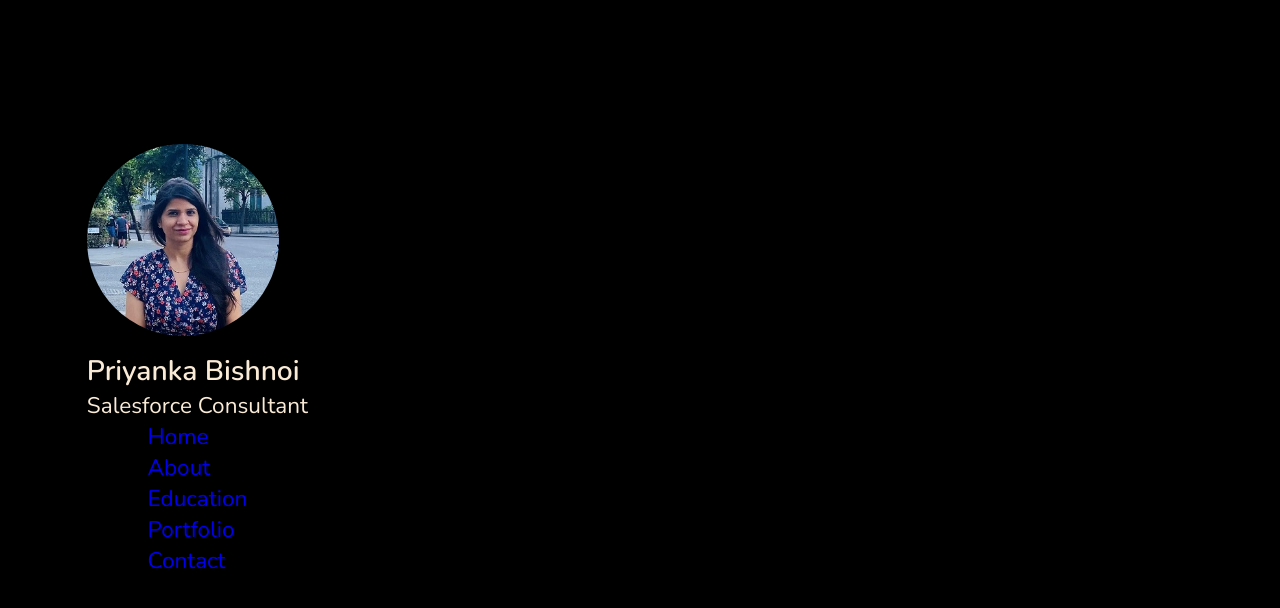
Repository: priyanka-bishnoi/PortfolioPage
Page: MyPage.html
An editor plug-in stored every save of this project. The page is shown before and after the next save, followed by the edit.
The browser window is 1280 px wide. The pictures show the whole page.

Above is the page before, as saved 2022-10-08 15:49:46.

### MyPage.html
<!DOCTYPE html>
<html>
<head>
    <link rel="stylesheet" href="css/style.css">
<style>
body {
  background-color: black;
}
</style>
</head>
<body>
<header>
    <div class= "user">
        <img src="Background1.jpg"/>
        <h1 class="name" >Priyanka Bishnoi</h1>
        <p class="post" >Salesforce Consultant</p>
    </div>

    <nav class="navBar">
        <ul>
            <li> <a href="#home">Home</a></li>
            <li> <a href="#about">About</a></li>
            <li> <a href="#education">Education</a></li>
            <li> <a href="#portfolio">Portfolio</a></li>
            <li> <a href="#contact">Contact</a></li>

        </ul>


    </nav>


</header>
</body>
</html>

### css/style.css
@import url('https://fonts.googleapis.com/css2?family=Nunito:wght@200;300;400;600&display=swap');
*{
    font-family: 'Nunito', sans-serif;
    margin:0;
    padding:0;
    box-sizing:border-box;
    text-decoration:none;
    text-transform:capitalize;
    transition:all .2s linear;
}
html {
    font-size:70.5%;
    overflow-x:hidden;
}
body {
    background:black;
    overflow-x: hidden;
}
header {
    position:fixed;
    top:0; left:0;
    z-index:1000;
    height:100%;
    width:35rem;
    background:black;
    display:flex;
    flex-direction: column;
    flex-wrap: wrap;
    align-items:center;
    justify-content: center;
}
body{
    background: #111;
}
header .user img {
    height: 17rem;
    width: 17rem;
    border-radius: 50%;
    object-fit: cover;
    margin-bottom: 1rem;
    border: 0.7rem solid var(--yellow);
}
header .user .name {
    font-size: 2.5rem;
    color: antiquewhite;
}
header .user .post{
    font-size: 2rem;
    color: antiquewhite;
}

header .navBar {
    font-size : 2rem;
    align-items: flex-start;
}

After the next save:
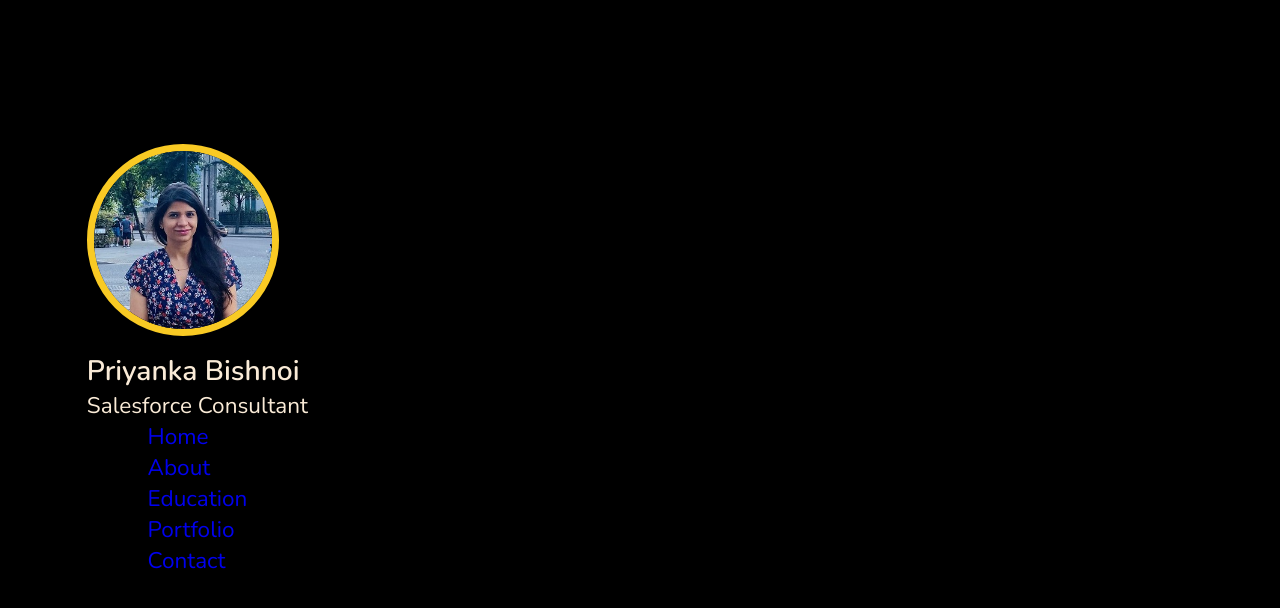
Saved 86 s later.
--- a/css/style.css
+++ b/css/style.css
@@ -1,4 +1,7 @@
 @import url('https://fonts.googleapis.com/css2?family=Nunito:wght@200;300;400;600&display=swap');
+:root{
+    --yellow:#f9ca24;
+}
 *{
     font-family: 'Nunito', sans-serif;
     margin:0;
